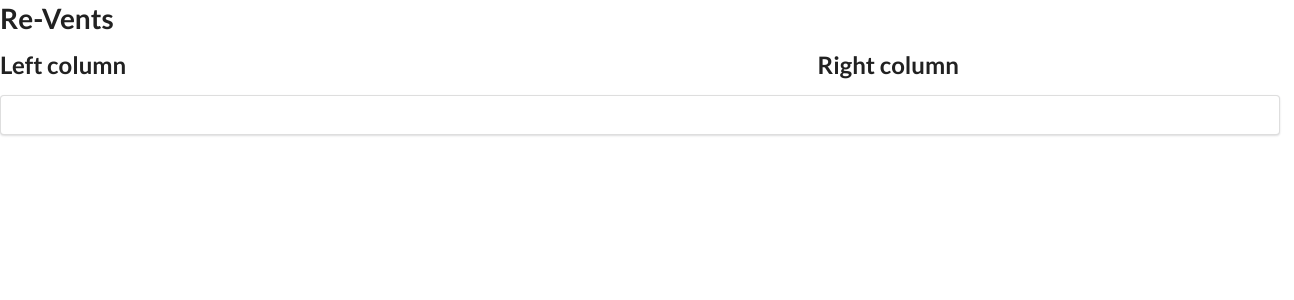
Repository: Preranabaruah/react-semantic-ui
Page: /
An editor plug-in stored every save of this project. The page is shown before and after the next save, followed by the edit.
The browser window is 1280 px wide. The page is 1294 px wide, so the pictures cover 1294 px, including what lies to the right of the window. The pictures show the whole page.
The project was rebuilt for these pictures with package versions that can differ from the ones it lists, and the page was loaded fresh each time. Also part of the build but not shown: vite.config.ts.

Above is the page before, as saved 2023-09-08 13:05:27.

### index.html
<!doctype html>
<html lang="en">
  <head>
    <meta charset="UTF-8" />
    <link rel="icon" type="image/svg+xml" href="/vite.svg" />
    <meta name="viewport" content="width=device-width, initial-scale=1.0" />
    <title>Re-vents</title>
  </head>
  <body>
    <div id="root"></div>
    <script type="module" src="/src/index.tsx"></script>
  </body>
</html>

### src/index.tsx
import React from "react";
import ReactDOM from "react-dom/client";
import App from "./App.tsx";
import "semantic-ui-css/semantic.min.css";
ReactDOM.createRoot(document.getElementById("root")!).render(
  <React.StrictMode>
    <App />
  </React.StrictMode>
);

### src/App.tsx
import EventDashboard from "./features/events/event-dashboard";
import NavBar from "./features/nav-bar";

function App() {
  return (
    <>
      <div>
        <h1>Re-Vents</h1>
        <EventDashboard />
        <NavBar />
      </div>
    </>
  );
}

export default App;

### src/features/events/event-dashboard/index.tsx
import { Grid } from "semantic-ui-react";
const EventDashboard = () => {
  return (
    <>
      <Grid>
        <Grid.Column width={10}>
          <h2>Left column</h2>
        </Grid.Column>
        <Grid.Column width={6}>
          <h2>Right column</h2>
        </Grid.Column>
      </Grid>
    </>
  );
};

export default EventDashboard;

### src/features/nav-bar/index.tsx
import { Menu, Container } from "semantic-ui-react";

const items = [
  { key: "editorials", active: true, name: "Editorials" },
  { key: "review", name: "Reviews" },
  { key: "events", name: "Upcoming Events" },
];

const NavBar = () => {
  return (
    <>
      <Menu>
        <Container></Container>
      </Menu>
    </>
  );
};

export default NavBar;

After the next save:
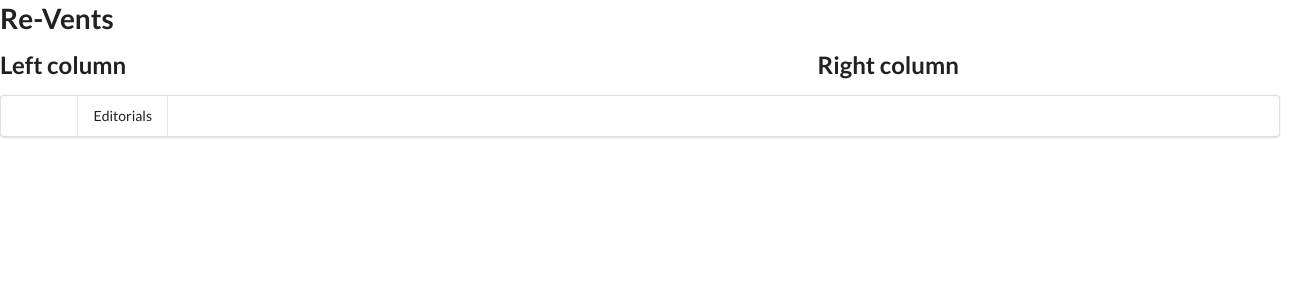
Saved 29 s later.
--- a/src/features/nav-bar/index.tsx
+++ b/src/features/nav-bar/index.tsx
@@ -10,7 +10,9 @@ const NavBar = () => {
   return (
     <>
       <Menu>
-        <Container></Container>
+        <Container>
+          <Menu.Item name="editorials">Editorials</Menu.Item>
+        </Container>
       </Menu>
     </>
   );
